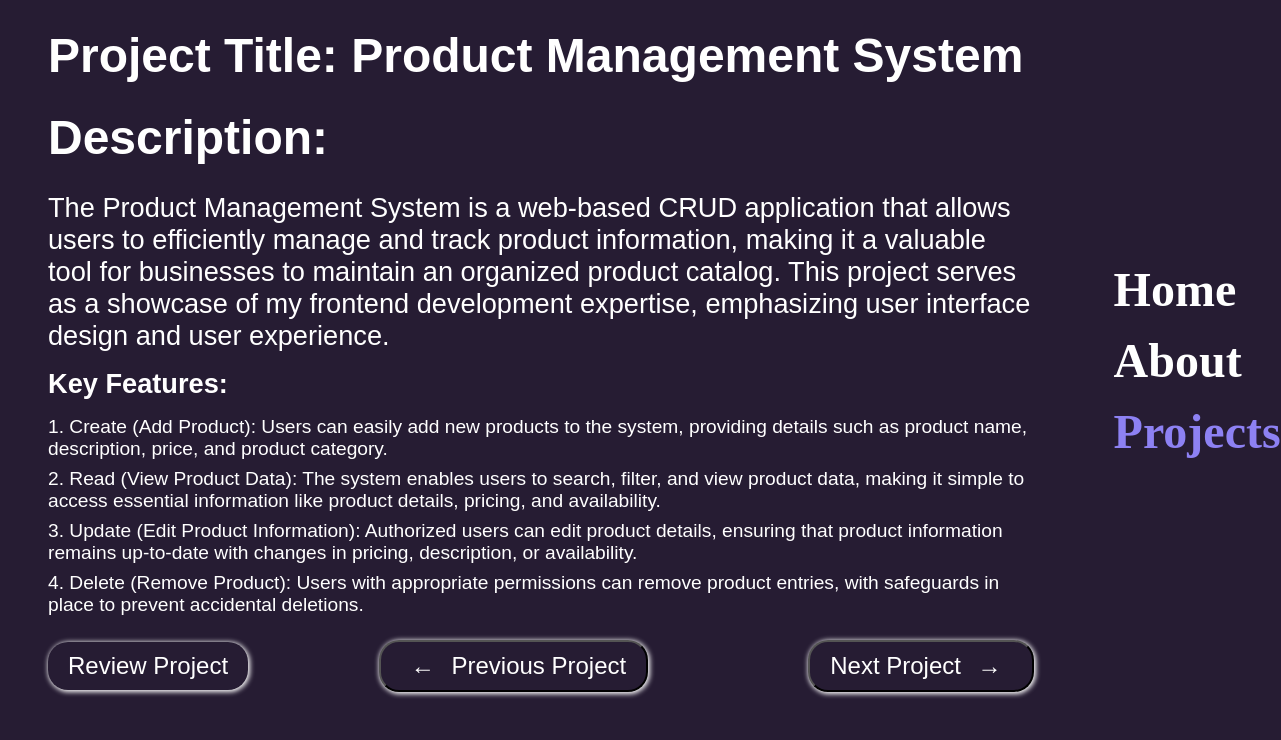
Repository: ahamdy997/portfolio
Page: /projects
These files come from the project's save history. The page is drawn as it stood at one moment and after the next save; the edit follows.
The browser window is 1280 px wide. The page is 1281 px wide, so the pictures cover 1281 px, including what lies to the right of the window. The pictures show the whole page.
The project was rebuilt for these pictures with package versions that can differ from the ones it lists, and the page was loaded fresh each time. Also part of the build but not shown: vue.config.js, src/components/HelloWorld.vue, src/views/HomeView.vue.

Above is the page before, as saved 2023-11-06 02:10:40.

After the next save:
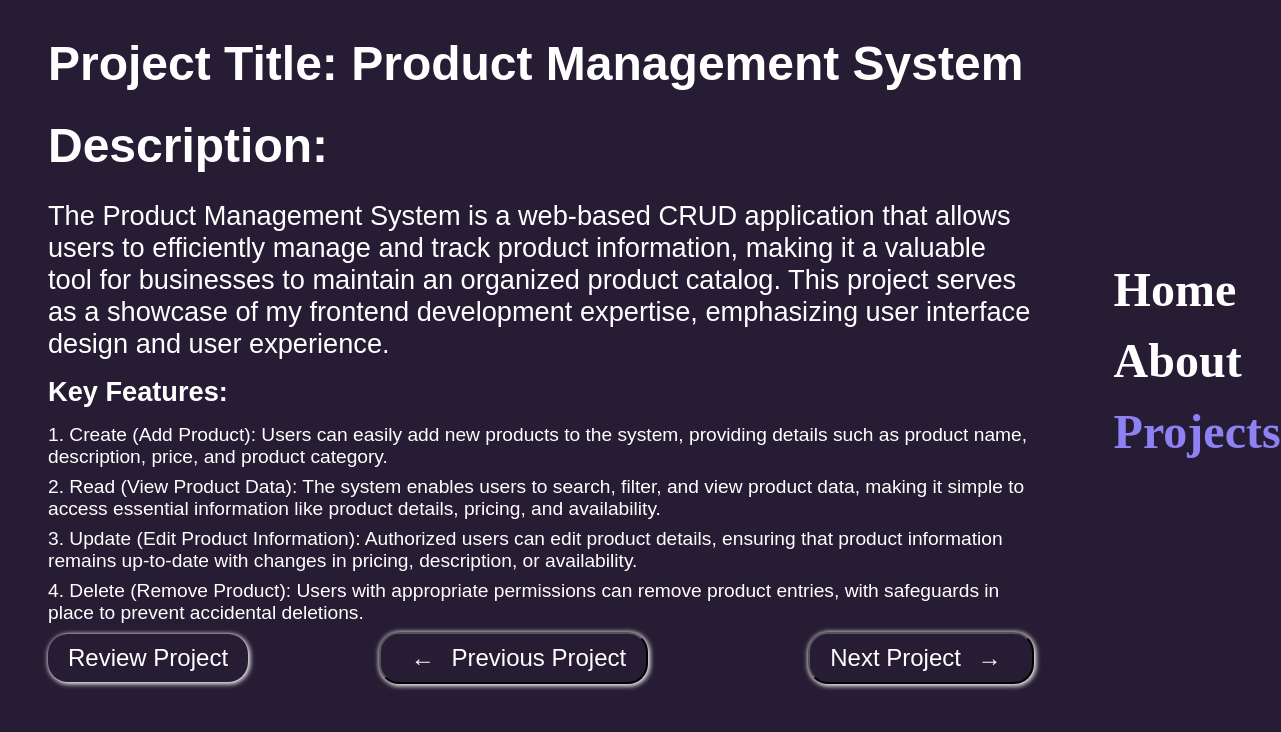
Saved 15 s later.
--- a/src/views/ProjectView.vue
+++ b/src/views/ProjectView.vue
@@ -26,7 +26,6 @@
 button,
 a {
   background-color: #261c33;
-  margin-top: 1rem;
   padding: 10px 20px;
   color: white;
   box-shadow: 1px 1px 5px 1px white;

After the save that followed:
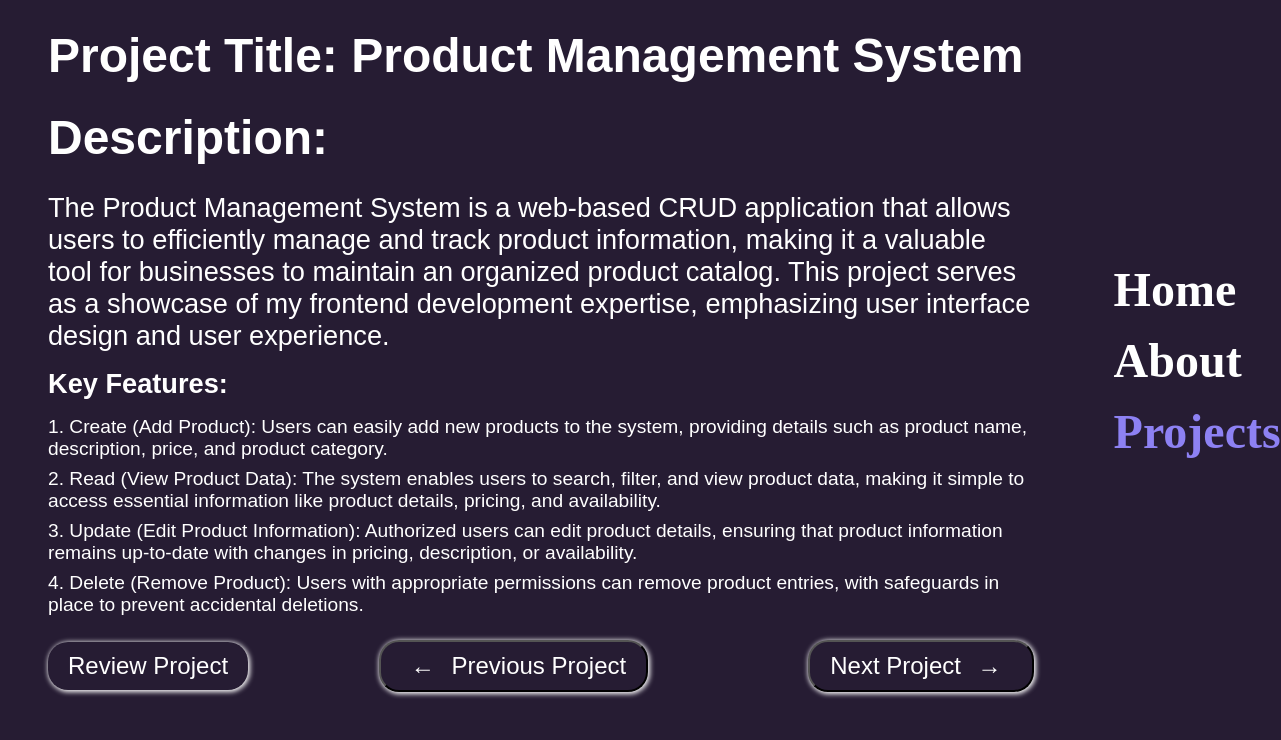
Saved 24 s later.
--- a/src/views/ProjectView.vue
+++ b/src/views/ProjectView.vue
@@ -26,6 +26,7 @@
 button,
 a {
   background-color: #261c33;
+  margin-top: 1rem;
   padding: 10px 20px;
   color: white;
   box-shadow: 1px 1px 5px 1px white;
